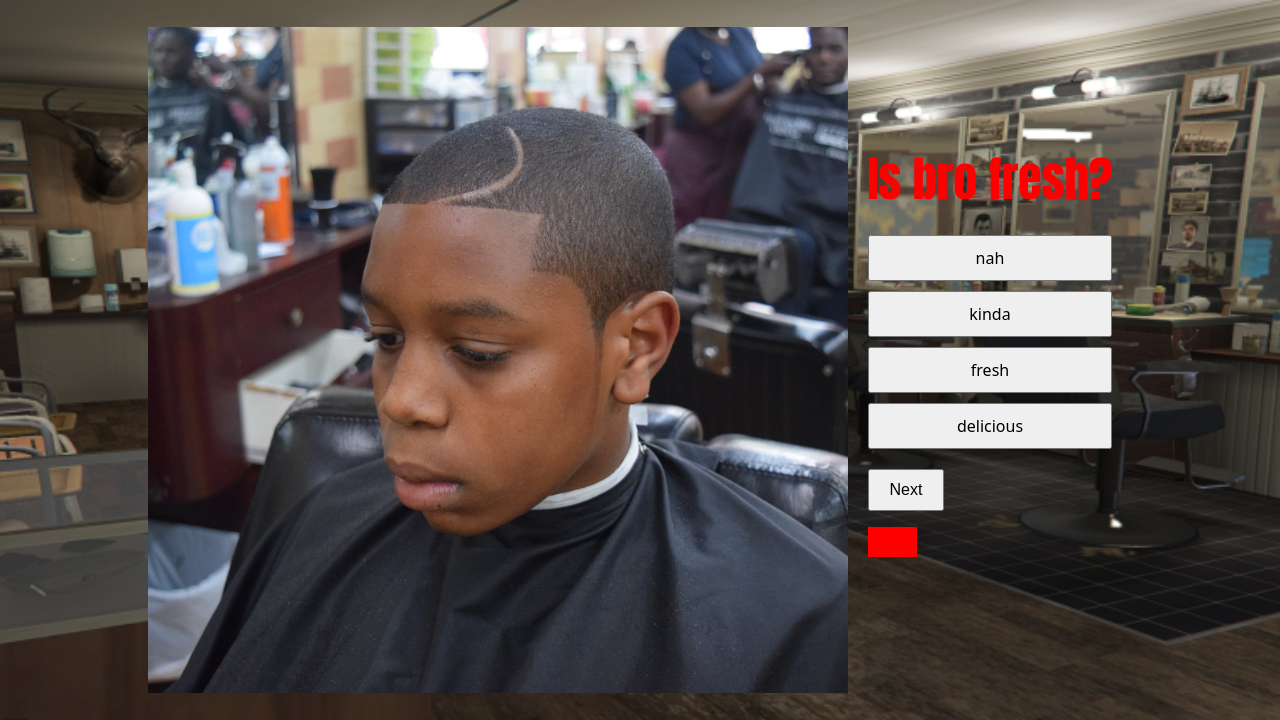
Repository: anderscederberg11/unhandledRuntimeError.json
Page: Henver/henver2.html
The author's editor kept a copy of each file at every save. The page is drawn from the files as they stood at one save, then again after the next save.
The browser window is 1280 px wide. The pictures show the whole page.

Above is the page before, as saved 2024-05-24 19:48:41.

### Henver/henver2.html
<!DOCTYPE html>
<html lang="en">
<head>
    <meta charset="UTF-8">
    <meta name="viewport" content="width=device-width, initial-scale=1.0">
    <title>HaircutHenver</title>
    <link rel="stylesheet" href="henver2.css">
    <style>
    body {
    background-image: url('/Henver/imgs/gtabarber.webp');
    background-size: cover;
    background-repeat: no-repeat;
        }
    </style>
</head>
<body>
    <audio id="background-music" src="/Henver/imgs/fisherr.mp3" autoplay></audio>
    <div class="haircutVro">
        <img class="haircutPic" src="/Henver/imgs/haircutbro.jpeg" alt="kid in barber chair">
    </div>
    <div class="quiz-container">
        <div id="question"></div>
        <div id="options"></div>
        <button id="next-btn" onclick="nextQuestion()">Next</button>
        <div id="progress"></div>
        <button id="play-sound-btn" style="display: none;" onclick="playSound()">Spray</button>
        <button id="redirect-btn" style="display: none;" onclick="redirect()">Continue Experience</button>
    </div>
    <script>
        const questions = [
            {
                question: "Is bro fresh?",
                options: ["nah", "kinda", "fresh", "delicious"],
                answer: "fresh"
            },
            {
                question: "Is this Kai Cenat?",
                options: ["nah", "yes", "fanum", "who?"],
                answer: "nah"
            },
            {
                question: "He pulls all the girls with his ___ ?",
                options: ["Swagger", "Game", "Rizz"],
                answer: "Rizz"
            },
            {
                question: "What is good tongue posture called??",
                options: ["lofting", "gleeking", "mewing", "NaCl"],
                answer: "mewing"
            },
            {
                question: "Should we spray bro down?",
                options: ["yes", "no"],
                answer: "yes"
            }
        ];

        let currentQuestion = 0;
        const progress = document.getElementById("progress");
        const questionDiv = document.getElementById("question");
        const optionsDiv = document.getElementById("options");

        function loadQuestion() {
            const q = questions[currentQuestion];
            questionDiv.textContent = q.question;
            optionsDiv.innerHTML = "";
            q.options.forEach((opt) => {
                const btn = document.createElement("button");
                btn.textContent = opt;
                btn.onclick = () => checkAnswer(opt);
                optionsDiv.appendChild(btn);
            });
            updateProgress();
        }

        function checkAnswer(selectedOption) {
            if (selectedOption === questions[currentQuestion].answer) {
                if (currentQuestion === questions.length - 1) {
                    document.getElementById("play-sound-btn").style.display = "inline-block";
                    document.getElementById("redirect-btn").style.display = "inline-block";
                }
                currentQuestion++;
                loadQuestion();
            }
        }

        function nextQuestion() {
            if (currentQuestion < questions.length - 1) {
                currentQuestion++;
                loadQuestion();
            }
        }

        function updateProgress() {
            const percent = ((currentQuestion + 1) / questions.length) * 100;
            progress.style.width = percent + "%";
        }

        function playSound() {
            const audio = new Audio('/Henver/imgs/Its just alcohol.mp3');
        audio.play();
        }

        function redirect() {
            window.location.href = "henver3.html";
        }

        loadQuestion();
    </script>
</body>
</html>

### Henver/henver2.css
body, html {
    height: 100%;
    margin: 0;
    display: flex;
    align-items: center;
    justify-content: center;
}

.haircutVro {
    display: flex;
    align-items: center;
    justify-content: center;
    width: 700px;
    height: 700px;
}

.haircutPic {
    max-width: 100%;
    max-height: 100%;
}

.quiz-container {
    max-width: 600px;
    margin: 0 auto;
    padding: 20px;
}

#question {
    font-family: Impact, Haettenschweiler, 'Arial Narrow Bold', sans-serif;
    color:red;
    font-size: 3rem;
    margin-bottom: 20px;
}

#options button {
    font-family: system-ui, -apple-system, BlinkMacSystemFont, 'Segoe UI', Roboto, Oxygen, Ubuntu, Cantarell, 'Open Sans', 'Helvetica Neue', sans-serif;
    display: block;
    width: 100%;
    padding: 10px;
    margin-bottom: 10px;
    font-size: 16px;
    cursor: pointer;
}

#next-btn {
    display: block;
    margin-top: 20px;
    padding: 10px 20px;
    font-size: 16px;
    cursor: pointer;
}

#progress {
    margin-top: 1rem;
    background-color: red;
    height: 30px;
    margin-bottom: 20px;
}

#progress::after {
    content: "";
    display: block;
    background-color: #4CAF50;
    height: 100%;
    width: 0;
}

#play-sound-btn, #redirect-btn {
    display: none;
    margin-top: 20px;
    padding: 10px 20px;
    font-size: 16px;
    cursor: pointer;
}

#play-sound-btn {
    background-color: #4CAF50;
    color: white;
    border: none;
}

#redirect-btn {
    background-color: #f44336;
    color: white;
    border: none;
}

After the next save:
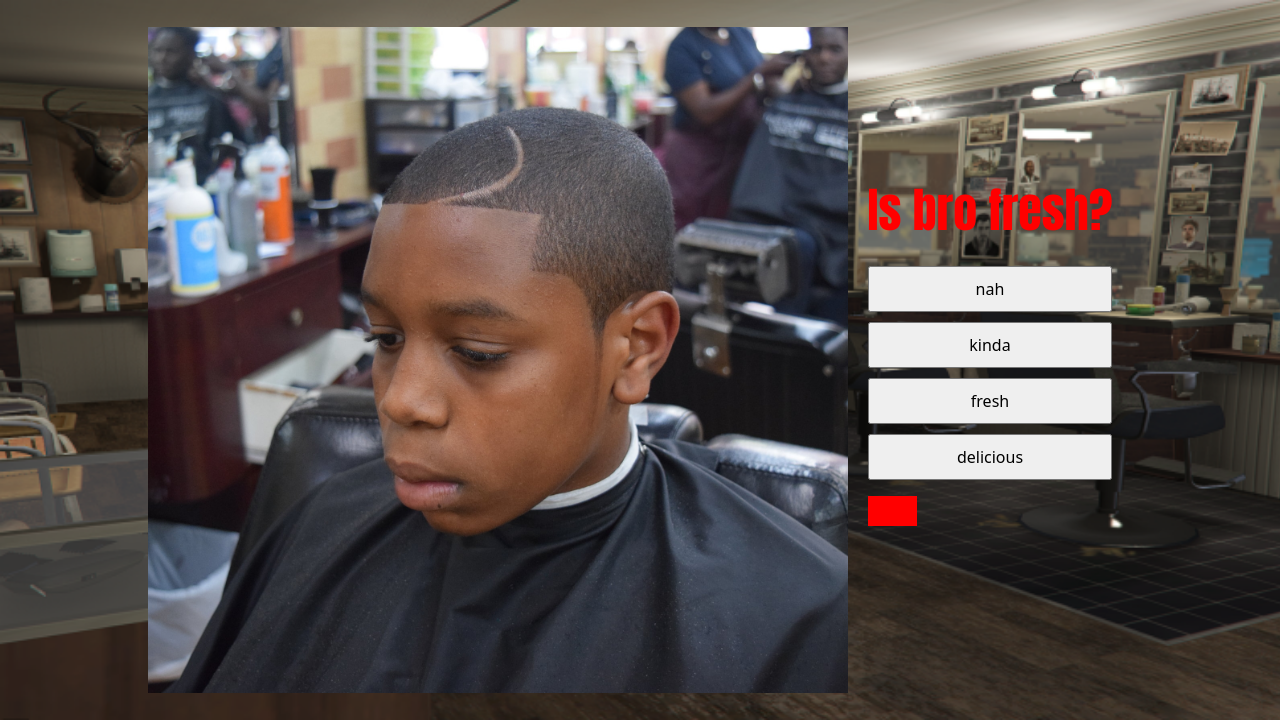
Saved 27 s later.
--- a/Henver/henver2.html
+++ b/Henver/henver2.html
@@ -21,7 +21,6 @@
     <div class="quiz-container">
         <div id="question"></div>
         <div id="options"></div>
-        <button id="next-btn" onclick="nextQuestion()">Next</button>
         <div id="progress"></div>
         <button id="play-sound-btn" style="display: none;" onclick="playSound()">Spray</button>
         <button id="redirect-btn" style="display: none;" onclick="redirect()">Continue Experience</button>
